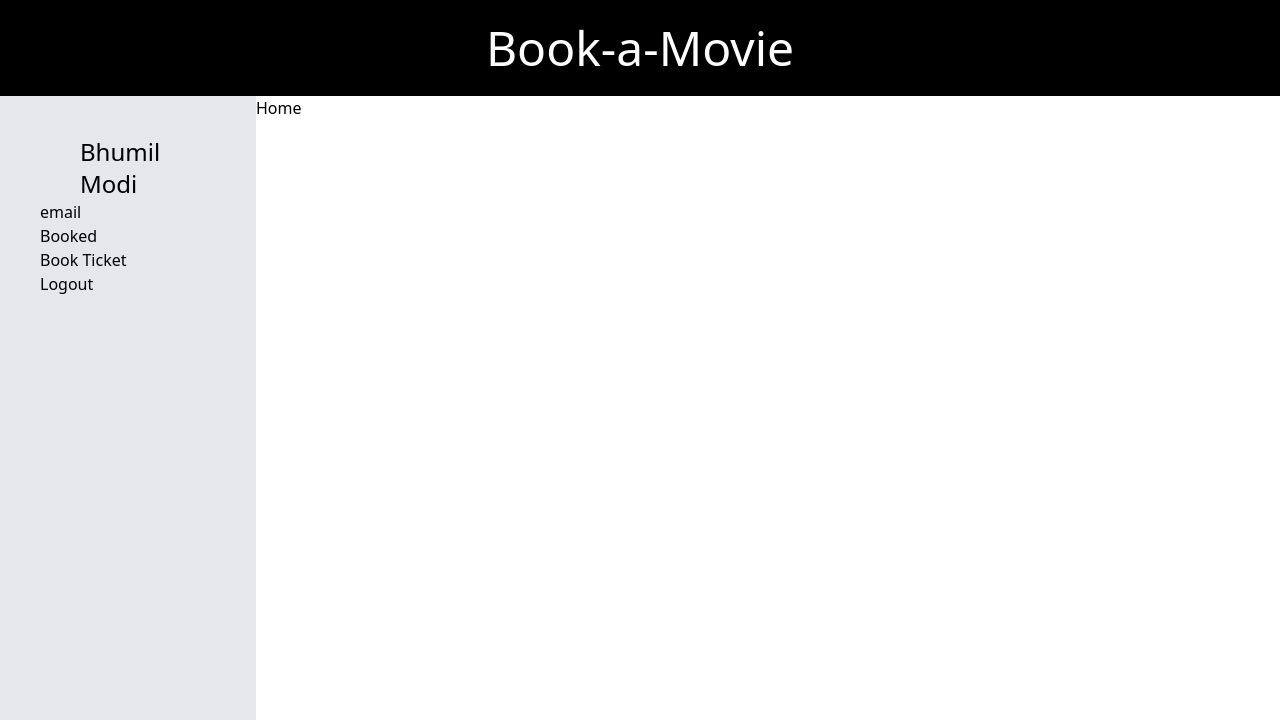
Repository: BhumilModi/movie-booking-app-assignment
Page: /Home
These files come from the project's save history. The page is drawn as it stood at one moment and after the next save; the edit follows.
The browser window is 1280 px wide. The pictures show the whole page.
The project was rebuilt for these pictures with package versions that can differ from the ones it lists, and the page was loaded fresh each time. Also part of the build but not shown: src/App.css, src/components/Login.jsx, src/components/SignUp.jsx.

Above is the page before, as saved 2022-11-29 19:12:56.

### src/App.js
import { BrowserRouter, Route, Routes } from 'react-router-dom';
import './App.css';
import Home from './components/Home';
import Login from './components/Login';
import SignUp from './components/SignUp';
function App() {

  return (
    <BrowserRouter>
      <Routes>
        <Route path='/' element={<Login />} />
        <Route path='/signUp' element={<SignUp />} />
        <Route path='/Home' element={<Home />} />
      </Routes>
    </BrowserRouter>
  );
}

export default App;

### src/components/Home.jsx
import React from "react";
import Navbar from "./Navbar";
import Sidebar from "./Sidebar";

function Home() {
  return (
    <div className="h-screen flex flex-col">
      <Navbar />
      <div className="flex flex-1">
        <Sidebar />
        Home
      </div>
    </div>
  );
}

export default Home;

### src/components/Navbar.jsx
import React from "react";

function Navbar() {
  return (
    <div className="h-24 bg-black flex justify-center items-center w-full">
      <div className="text-white text-[48px]">Book-a-Movie</div>
    </div>
  );
}

export default Navbar;

### src/components/Sidebar.jsx
import React from "react";

function Sidebar() {
  return (
    <div className="w-1/5 h-full bg-gray-200 p-10">
      <div className="text-2xl ml-10">Bhumil Modi</div>
      <div>email</div>
      <div>Booked</div>
      <div>Book Ticket</div>
      <div>Logout</div>
    </div>
  );
}

export default Sidebar;

Loaded but not shown: public/index.html (common file); src/index.js (common file); src/index.css (common file); tailwind.config.js (common file)

After the next save:
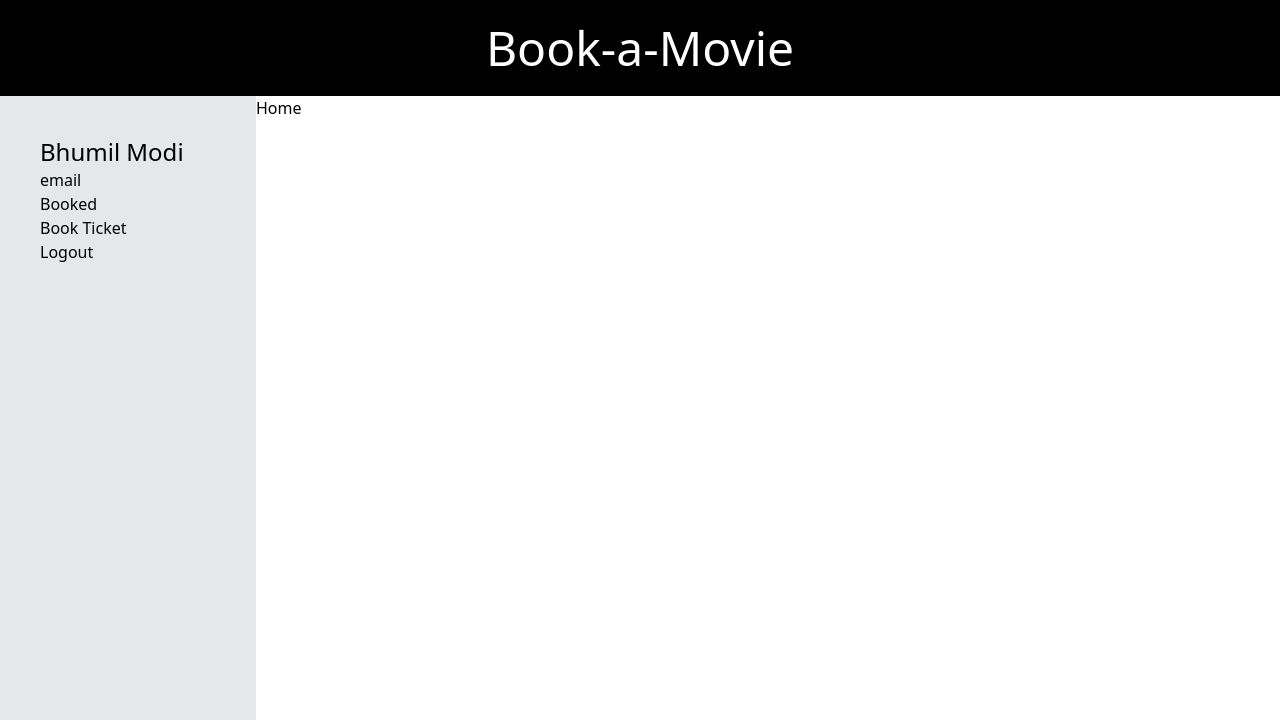
Saved 27 s later.
--- a/src/components/Sidebar.jsx
+++ b/src/components/Sidebar.jsx
@@ -3,7 +3,7 @@ import React from "react";
 function Sidebar() {
   return (
     <div className="w-1/5 h-full bg-gray-200 p-10">
-      <div className="text-2xl ml-10">Bhumil Modi</div>
+      <div className="text-2xl mx-auto">Bhumil Modi</div>
       <div>email</div>
       <div>Booked</div>
       <div>Book Ticket</div>
